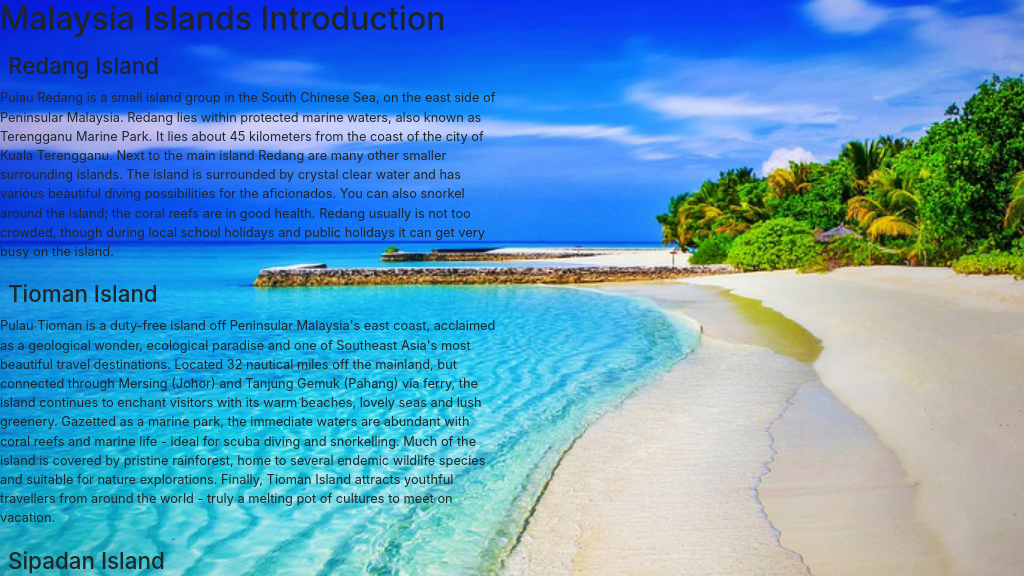
Repository: Code-Institute-Submissions/cathyann-diving.github.io
Page: islandsintro.html
The author's editor kept a record of every edit. The page is drawn from the files as they stood at one moment, then again after the next edit.
The browser window is 1280 px wide. The page is 1280 px wide, then 1295 px, so the pictures cover 1295 px, including what lies to the right of the window. The pictures show the whole page, at 80% of full size.

Above is the page before.

After the next edit:
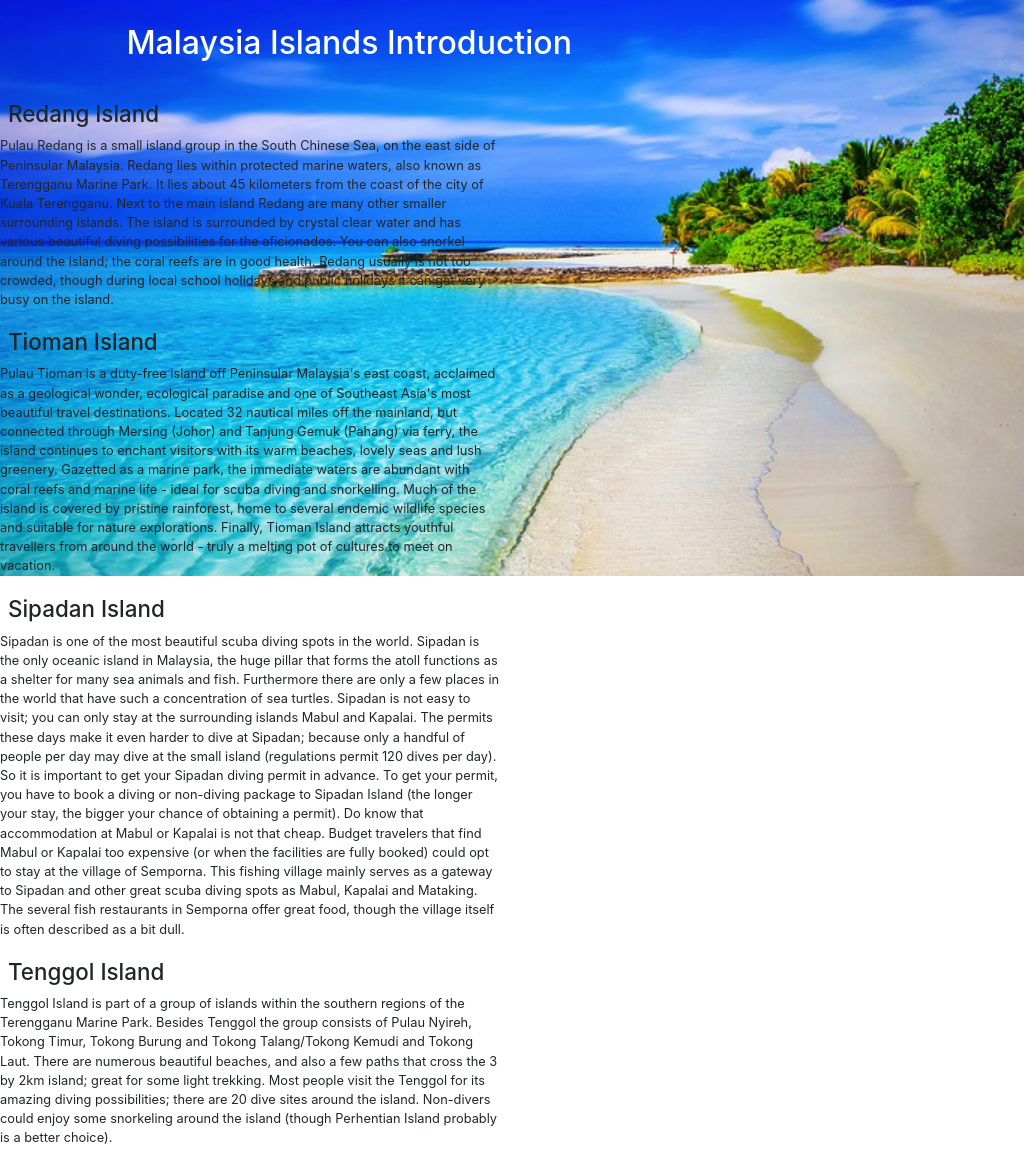
The edit:
--- a/islandsintro.html
+++ b/islandsintro.html
@@ -13,8 +13,8 @@
 </head>
 
 <body>
-    <div class="bg-islands">
-    <div class="row col-12 col-sm-12 col-lg-12">
+    <div class="bg-islands"></div>
+    <div class="islands-intro row col-12 col-sm-12 col-lg-12">
     <h1>Malaysia Islands Introduction</h1>
     </div>
     <div class="row">
